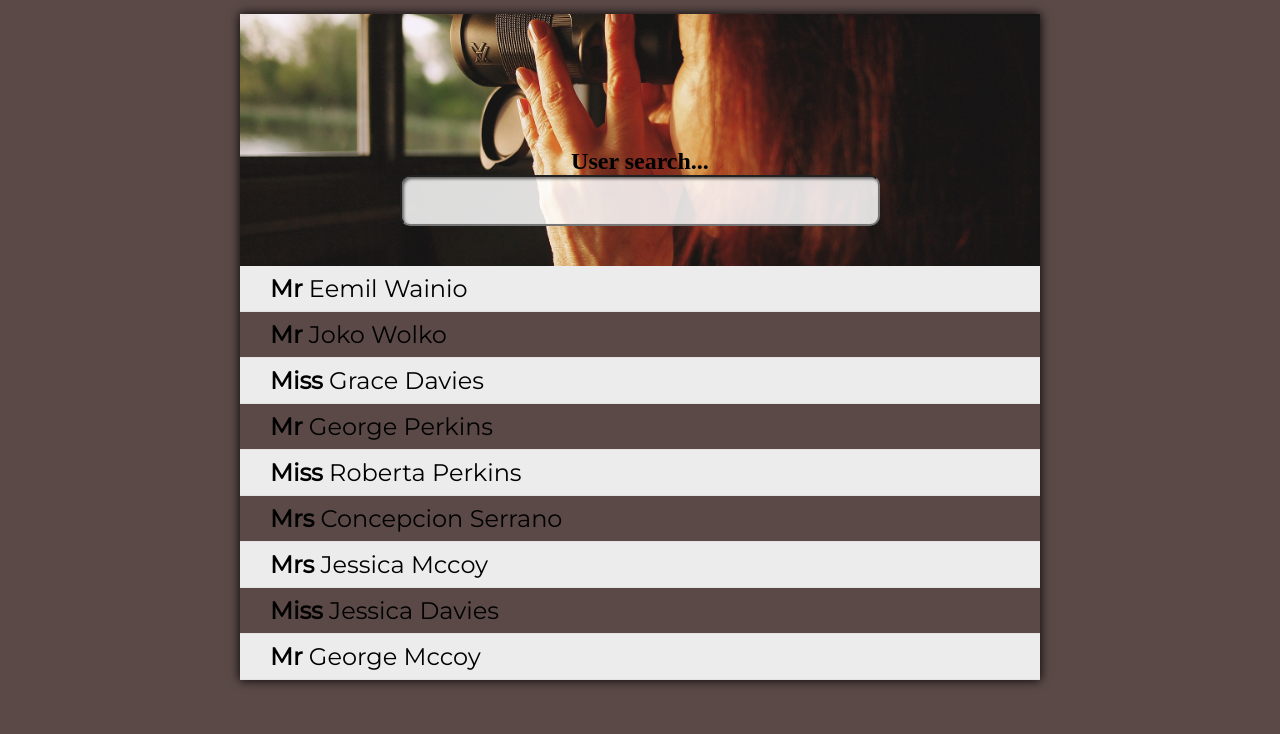
Repository: KrzysKolo/sr_tydzien5_zad4
Page: /
The author's editor kept a copy of each file at every save. The page is drawn from the files as they stood at one save, then again after the next save.
The browser window is 1280 px wide. The pictures show the whole page.
The project was rebuilt for these pictures with package versions that can differ from the ones it lists, and the page was loaded fresh each time.

Above is the page before, as saved 2021-01-03 05:51:23.

### public/index.html
<!DOCTYPE html>
<html lang="en">
  <head>
    <meta charset="utf-8" />
    <link rel="icon" href="%PUBLIC_URL%/favicon.ico" />
    <meta name="viewport" content="width=device-width, initial-scale=1" />
    <meta name="theme-color" content="#000000" />
    <meta
      name="description"
      content="Web site created using create-react-app"
    />
    <link rel="apple-touch-icon" href="%PUBLIC_URL%/logo192.png" />
    <!--
      manifest.json provides metadata used when your web app is installed on a
      user's mobile device or desktop. See https://developers.google.com/web/fundamentals/web-app-manifest/
    -->
    <link rel="manifest" href="%PUBLIC_URL%/manifest.json" />
    <!--
      Notice the use of %PUBLIC_URL% in the tags above.
      It will be replaced with the URL of the `public` folder during the build.
      Only files inside the `public` folder can be referenced from the HTML.

      Unlike "/favicon.ico" or "favicon.ico", "%PUBLIC_URL%/favicon.ico" will
      work correctly both with client-side routing and a non-root public URL.
      Learn how to configure a non-root public URL by running `npm run build`.
    -->
    <link rel="preconnect" href="https://fonts.gstatic.com">
<link href="https://fonts.googleapis.com/css2?family=Montserrat&display=swap" rel="stylesheet">
    <title>User search</title>
  </head>
  <body>
    <noscript>You need to enable JavaScript to run this app.</noscript>
    <div id="root"></div>
    <!--
      This HTML file is a template.
      If you open it directly in the browser, you will see an empty page.

      You can add webfonts, meta tags, or analytics to this file.
      The build step will place the bundled scripts into the <body> tag.

      To begin the development, run `npm start` or `yarn start`.
      To create a production bundle, use `npm run build` or `yarn build`.
    -->
  </body>
</html>

### src/App.js
import React from 'react';
import UsersContainer from './components/UsersContainer';
import Header from './components/Header';
import './App.css';


const App = () => {

  return (
    <section>
      <Header />
      <UsersContainer/>
    </section>
  )
}

export default App;

### src/components/UsersContainer.js
import React, { useState, useEffect } from 'react';


const UsersContainer = () => {

  const UsersAPI = '/users.json';

  const [ users, setUsers ] = useState([]);

  useEffect(() => {

    fetch(UsersAPI)
      .then(res => res.json())
      .then(data => {
        console.log(data.users);
        setUsers(data.users);
      })
    }, []);

    const user = users.map(user => (
      <li className="user" key={user.id}><b>{user.title}</b> {user.first} {user.last}</li>
    ))
    return (
        <ul>
					{user}
        </ul>
    )
}

export default UsersContainer;

### src/components/Header.js
import React from 'react';

const Header = () => {
    return (
        <div className="header__section">
            <h1>User search...</h1>
            <div className="header__search-wrapper">
                <input className="header__search" type="text" />
            </div>
        </div>
    )
}

export default Header;

### src/App.css
* {
  box-sizing: border-box;
  padding: 0;
  margin: 0;
}
body {
  height: 100vh;
  width: 100vw;
  background-color: rgba(49, 28, 25, 0.8);
}
section {
  margin: 2vh auto;
  width: 70%;
  max-width: 800px;
  display: flex;
  flex-direction: column;
  box-shadow: 0 0 10px #000;
}
.header__section {
  height: 35vh;
  background-image: url("./images/girl.jpg");
  background-position: center;
  background-size: cover;
  display: flex;
  flex-direction: column;
  justify-content: flex-end;
  align-items: center;
}
.header__search-wrapper {
  width: 100%;
  margin-bottom: 40px;
  display: flex;
  justify-content: center;
}
.header__search {
  padding: 10px 20px;
  width: 60%;
  border-radius: 10px;
  background-color: rgba(255, 255, 255, 0.85);
  box-shadow: inset 2px 2px 3px 0px rgba(0, 0, 0, 0.55);
  font-size: 23px;
}
.user {
  font-size: 1.5rem;
  font-family: "Montserrat", sans-serif;
  padding: 10px;
  list-style: none;
  padding: 8px 30px;
  border-bottom: 1px solid rgb(226, 226, 226);
}
.user:nth-child(odd) {
  background: #ececec;
}

### public/users.json
{
    "users": [
      {
        "id": 1,
        "title": "Mr",
        "first": "Eemil",
        "last": "Wainio"
       },
      {
        "id": 2,
        "title": "Mr",
        "first": "Joko",
        "last": "Wolko"
      },
      {
        "id": 3,
        "title": "Miss",
        "first": "Grace",
        "last": "Davies"
      },
      {
        "id": 4,
        "title": "Mr ",
        "first": "George ",
        "last": "Perkins"
      },
      {
        "id": 5,
        "title": "Miss",
        "first": "Roberta ",
        "last": "Perkins"
      },
      {
        "id": 6,
        "title": "Mrs ",
        "first": "Concepcion ",
        "last": "Serrano"
      },
      {
        "id": 7,
        "title": "Mrs ",
        "first": "Jessica ",
        "last": "Mccoy"
      },
      {
        "id": 8,
        "title": "Miss",
        "first": "Jessica",
        "last": "Davies"
      },
      {
        "id": 9,
        "title": "Mr",
        "first": "George",
        "last": "Mccoy"
      }
    ]
  }

Loaded but not shown: src/index.js (common file)

After the next save:
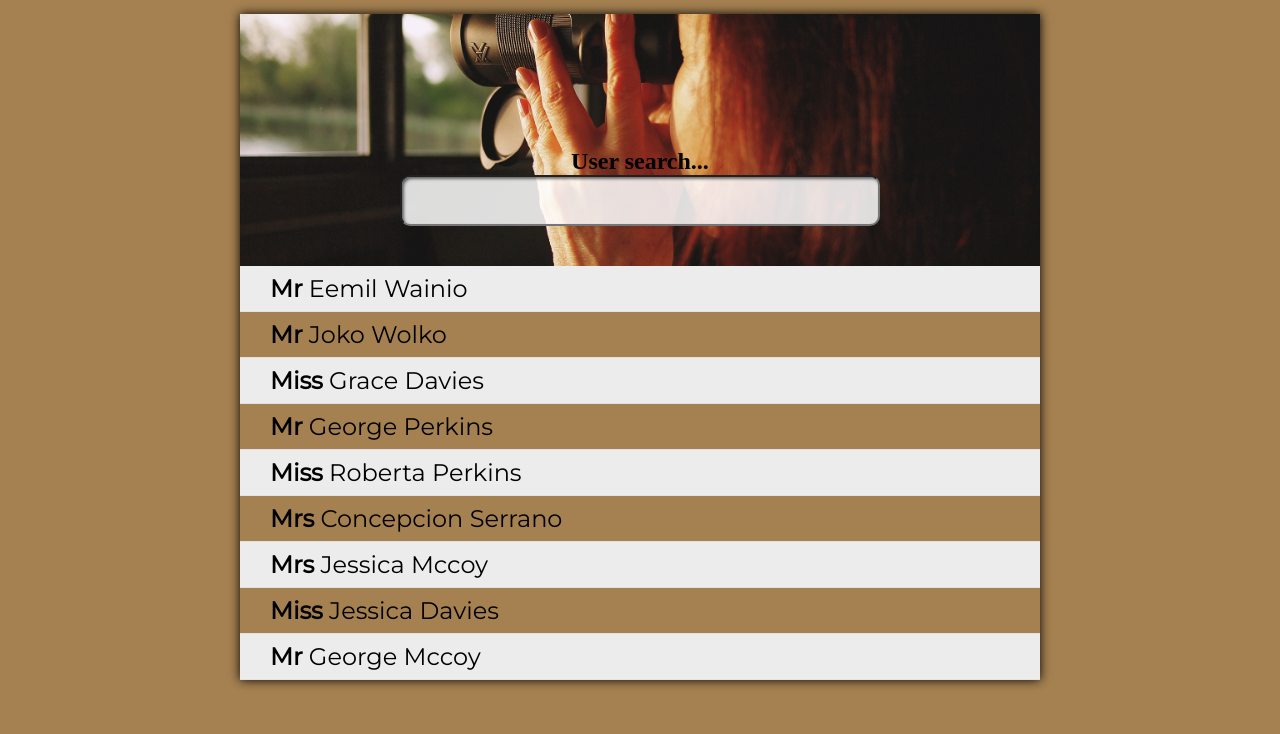
Saved 44 s later.
--- a/src/App.css
+++ b/src/App.css
@@ -6,7 +6,7 @@
 body {
   height: 100vh;
   width: 100vw;
-  background-color: rgba(49, 28, 25, 0.8);
+  background-color: rgb(165, 129, 81);
 }
 section {
   margin: 2vh auto;
